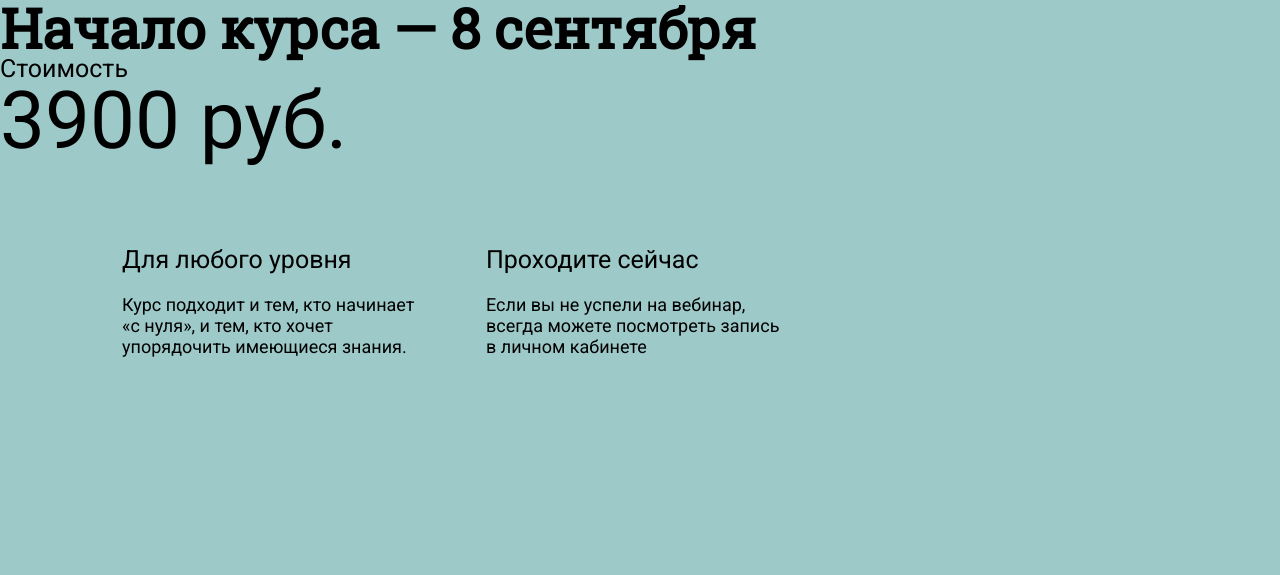
Repository: NatiqSamiyev/fiqma-task3
Page: index.html
An editor plug-in stored every save of this project. The page is shown before and after a run of saves, followed by the edit.
The browser window is 1280 px wide. The pictures show the whole page.

Above is the page before, as saved 2023-08-09 13:18:10.

### index.html
<!DOCTYPE html>
<html lang="en">
  <head>
    <meta charset="UTF-8" />
    <meta name="viewport" content="width=device-width, initial-scale=1.0" />
    <link rel="stylesheet" href="index.css" />
    <title>Document</title>
  </head>
  <body>
    <div class="container">
      <h1>Начало курса — 8 сентября</h1>
      <h2>Стоимость</h2>
      <h3>3900 руб.</h3>
      <ul>
        <li>
          <h5>Для любого уровня</h5>
          <p>
            Курс подходит и тем, кто начинает «с нуля», и тем, кто хочет
            упорядочить имеющиеся знания.
          </p>
        </li>

        <li>
          <h5>Проходите сейчас</h5>
          <p>
            Если вы не успели на вебинар, всегда можете посмотреть запись в
            личном кабинете
          </p>
        </li>
      </ul>

    </div>
  </body>
</html>

### index.css
@import url("https://fonts.googleapis.com/css2?family=Roboto+Slab&family=Roboto:wght@400;700&display=swap");
* {
  margin: 0;
  padding: 0;
  box-sizing: border-box;
}

.container {
  width: 100%;
  min-height: 100vh;
  padding: ;
  background: #9dc9c8;
}

.container h1 {
  /* padding: 179px 410px 0 122px; */
  color: #000;
  font-family: Roboto Slab;
  font-size: 55px;
  font-style: normal;
  font-weight: 700;
  line-height: 101.385%;
}

.container h2 {
  /* padding: 69px 1148px 0 122px; */
  color: #000;
  font-family: Roboto;
  font-size: 25px;
  font-style: normal;
  font-weight: 400;
  line-height: 101.385%;
}

.container h3 {
  /* padding: 9px 837px 0 122px; */
  color: #000;
  font-family: Roboto;
  font-size: 80px;
  font-style: normal;
  font-weight: 400;
  line-height: 101.385%;
}

.container ul {
  padding-left: 122px;
  display: flex;
  text-decoration: none;
}

.container ul li {
  padding: 83px 70px 0 0px;
  list-style-type: none;
}

.container h5 {
  padding-bottom: 20px;
  font-family: Roboto;
  font-size: 25px;
  font-style: normal;
  font-weight: 400;
}

.container p {
  width: 294px;
  font-family: Roboto;
  font-size: 18px;
  font-style: normal;
  font-weight: 400;
}

After the next 2 saves:
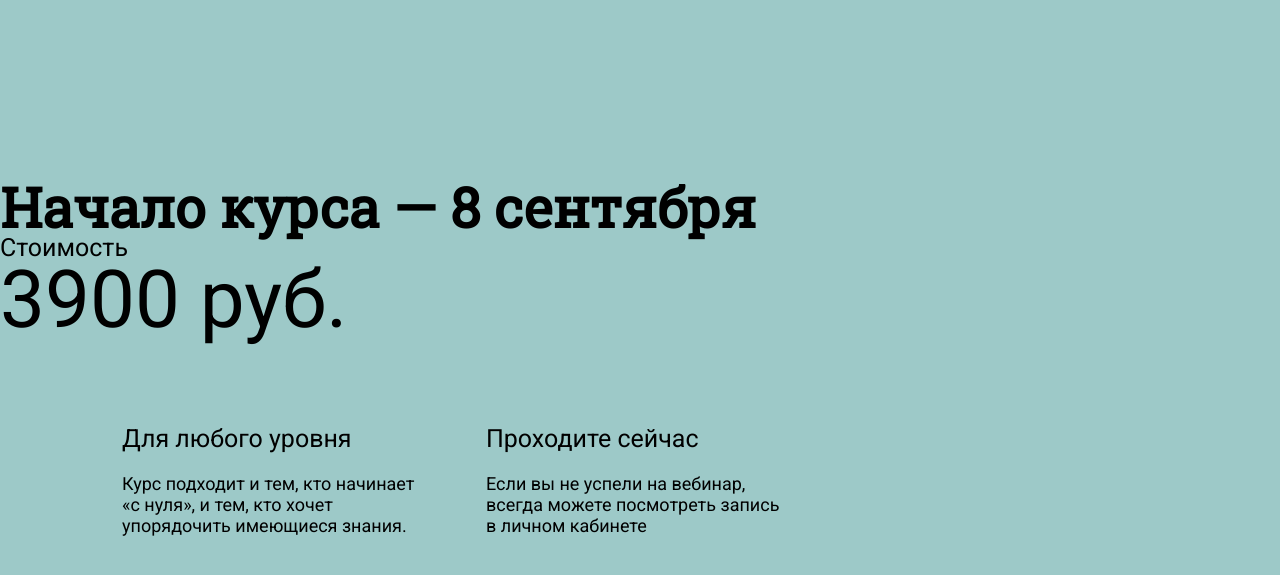
The 2 saves are shown as one change because they came seconds apart.
The last was saved 10 s later.
--- a/index.css
+++ b/index.css
@@ -8,7 +8,7 @@
 .container {
   width: 100%;
   min-height: 100vh;
-  padding: ;
+  padding: 179px 0;
   background: #9dc9c8;
 }
 
